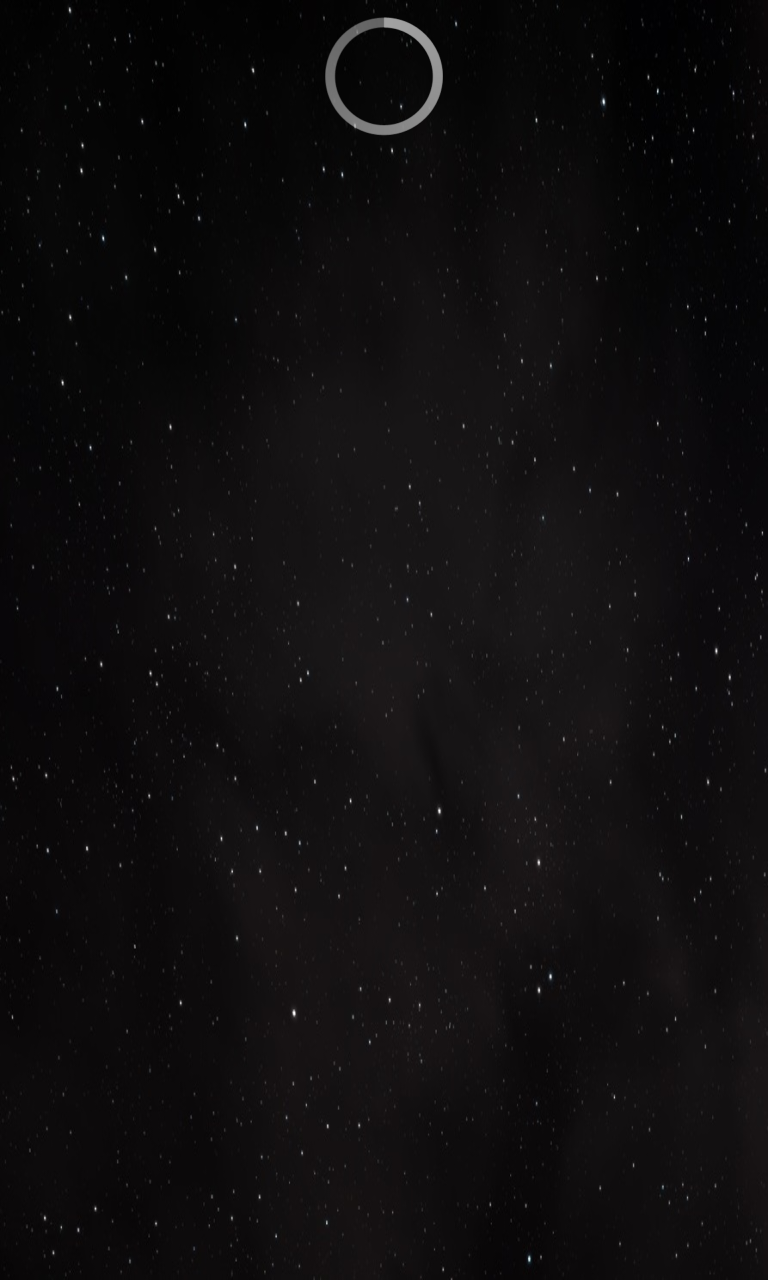
Repository: w9jds/Android-EveProfiler
Layout: EveProfiler/res/layout/activity_main.xml
An editor plug-in stored every save of this project. The layout is shown before and after the next save, followed by the edit.
It is drawn on a 768 x 1280 px phone screen (xhdpi) without system bars, with theme AppTheme; the app's code is not run. Lists and similar views that code fills are empty.

Above is the layout before, as saved 2013-05-13 04:31:23.

After the next save:
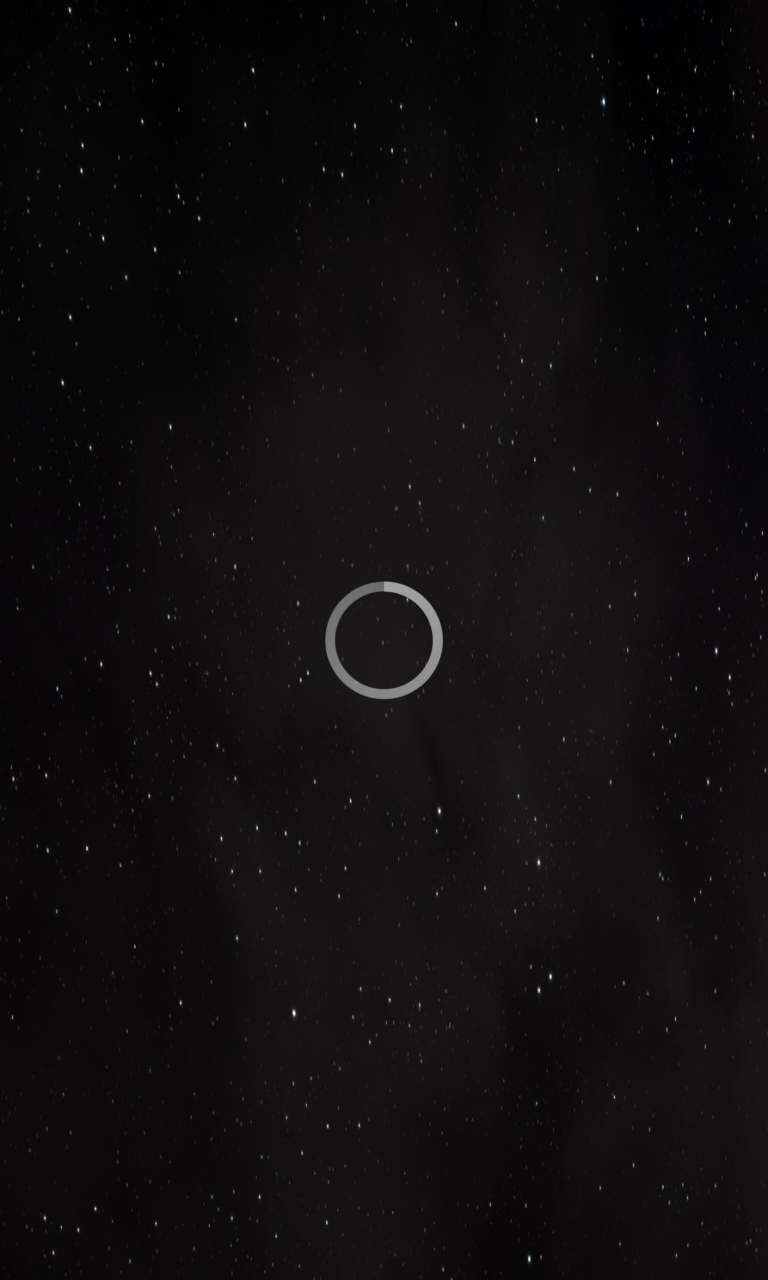
Saved 25 s later.
--- a/EveProfiler/res/layout/activity_main.xml
+++ b/EveProfiler/res/layout/activity_main.xml
@@ -18,7 +18,6 @@
 	    style="?android:attr/progressBarStyleLarge"
 	    android:layout_width="wrap_content"
 	    android:layout_height="wrap_content"
-	    android:layout_alignParentTop="true"
 	    android:layout_centerHorizontal="true"
 	    android:layout_centerVertical="true" />
 
